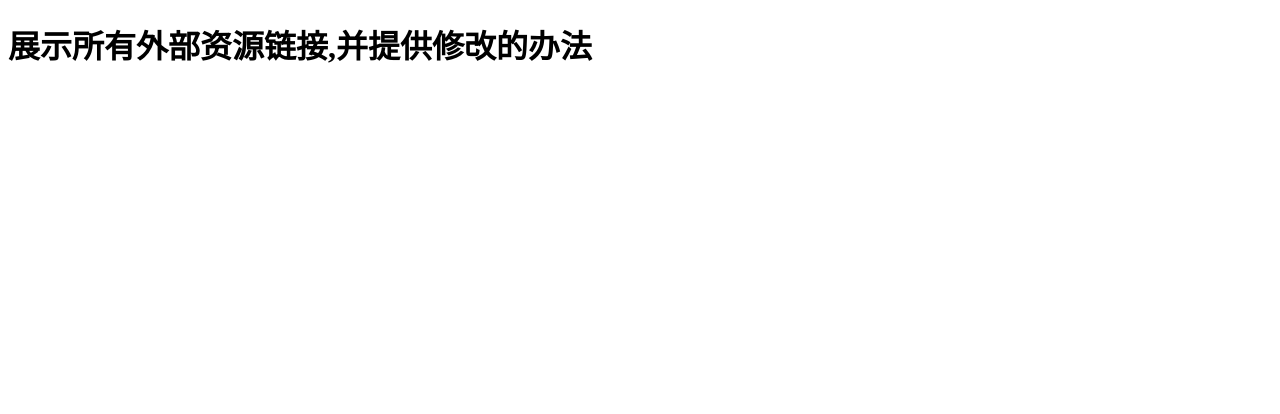
Repository: hbisheng/Academic-portal-website
Page: http://localhost/NewInfo/admin/media_manage.jsp
An editor plug-in stored every save of this project. The page is shown before and after the next save, followed by the edit.
The browser window is 1280 px wide. The pictures show the whole page.
The page is served by Tomcat 9. Queries for data that is not in the repository find no rows.

Above is the page before, as saved 2014-09-21 14:35:39.

After the next save:
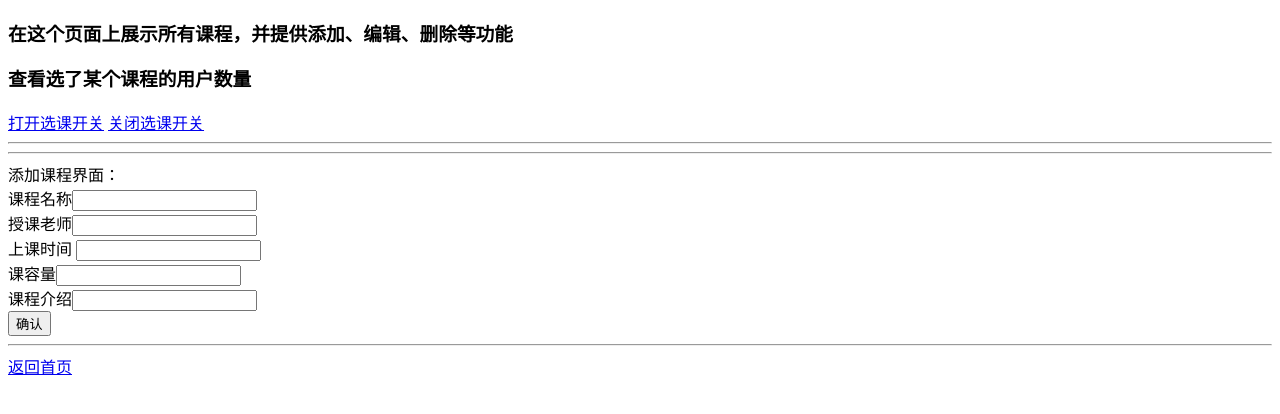
Saved 30 s later.
--- a/Java_info/NewInfo/WebContent/admin/media_manage.jsp
+++ b/Java_info/NewInfo/WebContent/admin/media_manage.jsp
@@ -1,3 +1,7 @@
+<%@page import="edu.thu.cs.*"%>
+<%@page import="jdbc.*"%>
+<%@page import="java.util.*"%>
+
 <%@ page language="java" contentType="text/html; charset=UTF-8"
     pageEncoding="UTF-8"%>
 <!DOCTYPE html PUBLIC "-//W3C//DTD HTML 4.01 Transitional//EN" "http://www.w3.org/TR/html4/loose.dtd">
@@ -8,8 +12,127 @@
 </head>
 <body>
 
-<h1>展示所有外部资源链接,并提供修改的办法</h1>
+<h3>在这个页面上展示所有课程，并提供添加、编辑、删除等功能</h3>
+<h3>查看选了某个课程的用户数量</h3>
 
 
+<a href ="course_manage.jsp?action=yes_choose">打开选课开关</a>
+<a href ="course_manage.jsp?action=no_choose">关闭选课开关</a>
+
+<%
+	String this_url = "course_manage.jsp";
+	JdbcDao jdbc = new JdbcDao();
+
+	String action = request.getParameter("action");
+	System.out.println(action);
+	if(action != null)//删除某个课程
+	{
+		System.out.println("In action");
+		if(action.equals("delete"))
+		{
+			int course_id = Integer.parseInt(request.getParameter("id"));
+			try{
+				jdbc.delCourse(course_id);
+				System.out.println("Delete course: ID= "+course_id);
+				response.sendRedirect(this_url);
+			}
+			catch(Exception e)
+			{
+				System.out.println(e);
+			}
+		}
+		else if(action.equals("yes_choose"))
+		{
+			Status s = jdbc.getStatus();
+			s.choose = 1;
+			jdbc.updateStatus(s);
+			response.sendRedirect(this_url);
+		}
+		else if(action.equals("no_choose"))
+		{
+			Status s = jdbc.getStatus();
+			s.choose = 0;
+			jdbc.updateStatus(s);
+			response.sendRedirect(this_url);
+		}
+	}
+%>
+
+<hr>
+<%
+	List<Integer> c= jdbc.getCourseIndex(0);
+	int cnt = 0;
+	if(c!=null){
+		for(Integer i : c)
+		{
+			++cnt;
+			Course course = jdbc.getCourse(i);
+			String info_url = "../courses/course.jsp?id="+course.id+"&type=1";
+			String delete_url = this_url+"?id="+course.id+"&action=delete";
+			String edit_url = "course_edit.jsp?id="+course.id;
+			String user_url = "course_user.jsp?id="+course.id;
+			%><li><p><%=cnt%>. <a href= <%=info_url%>><%=course.name%></a>
+			&nbsp&nbsp<a href= <%=edit_url%>>编辑修改课程</a>
+			&nbsp&nbsp<a href= <%=delete_url%>>删除</a>
+			&nbsp&nbsp<a href= <%=user_url%>>查看选课学生</a> </p></li><%
+		}
+}
+%>
+
+<hr><form name="发布新课程"action=<%=this_url%> method="post">添加课程界面：
+	<br/>课程名称<input type="text" name="name" />
+	<br/>授课老师<input type="text" name="teacher" />
+	<br/>上课时间 <input type="text" name="classtime" />
+	<br/>课容量<input type="text" name="capacity" />
+	<br/>课程介绍<input type="text" name="content" />
+	<br/><input type="submit" name="add_confirm" value="确认" />
+</form>
+<%
+	if(request.getParameter("add_confirm")!=null)//发布新课程
+	{
+		//<br/>课程开始时间<input type="text" name="start_time" /> <br/>课程结束时间<input type="text" name="end_time" />
+
+		System.out.println("in add_confirm");
+		try {
+
+			Course tmp = new Course();
+			tmp.name = request.getParameter("name");
+			tmp.teacher = request.getParameter("teacher");
+
+			tmp.classtime = request.getParameter("classtime");
+
+			if(request.getParameter("capacity")!=null && !request.getParameter("capacity").equals(""))
+				tmp.capacity = Integer.parseInt(request.getParameter("capacity"));
+
+			tmp.valid = 1;
+
+			tmp.content = request.getParameter("content");
+			tmp.start_time = request.getParameter("start_time");
+			tmp.end_time = request.getParameter("end_time");
+
+
+			int validation = tmp.isValid();
+			if(validation == 0)
+			{
+				%>课程信息没有补全<%
+			}
+			else if(validation == -1)
+			{
+				%>上课时间信息不合法<%
+			}
+			else if(validation == 1)
+			{
+				int course_id = jdbc.addCourse(tmp);
+				System.out.println("加入课程ID！"+course_id);
+				response.sendRedirect("../courses/course.jsp?id="+course_id);
+			}
+		} catch (Exception e) {
+			System.out.println(e);
+		}
+	}
+%>
+
+
+<hr><a href="../home.jsp">返回首页</a>
 </body>
 </html>
